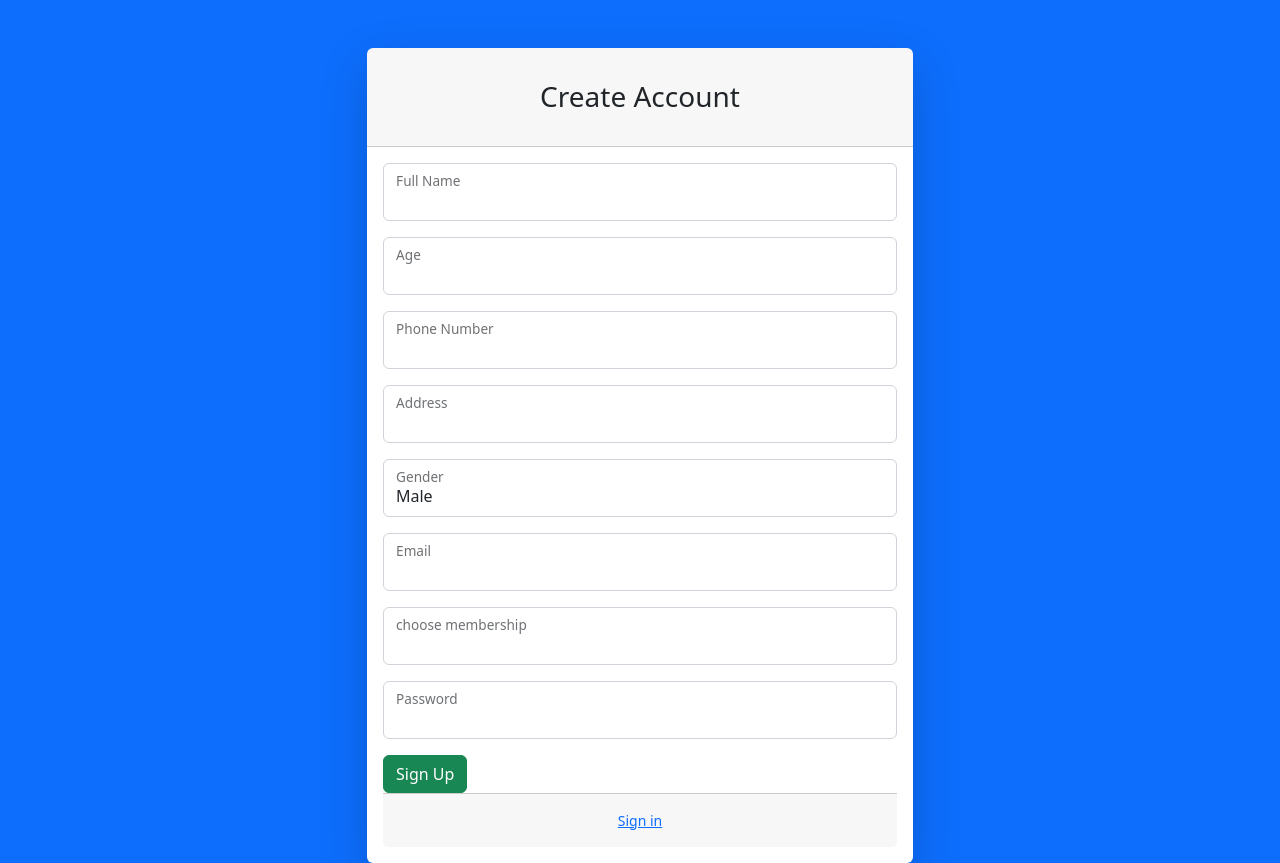
Repository: Adonias-hibeste/Member-Management-system
Page: http://localhost/admin/register
An editor plug-in stored every save of this project. The page is shown before and after the next save, followed by the edit.
The browser window is 1280 px wide. The pictures show the whole page.
The page is served by the project's Laravel application, run on PHP 8.4 with Laravel 12. Other server files are loaded and not shown. Queries for data that is not in the repository find no rows.

Above is the page before, as saved 2024-10-14 17:12:04.

### routes/web.php
<?php

use App\Http\Controllers\MembershipController;
use Illuminate\Support\Facades\Route;
use App\Http\Controllers\AdminController;
use App\Http\Controllers\MemberController;
use App\Http\Controllers\EventRegisterController;
use App\Http\Controllers\PaymentController;
use App\Http\Controllers\PDFController;
use App\Http\Controllers\AdminForgotPasswordController;
use App\Http\Controllers\SettingController;
use App\Http\Controllers\AdminPaymentController;
use App\Http\Controllers\AdminPDFController;
use App\Http\Controllers\CartController;
use App\Http\Controllers\CatagoryController;
use App\Http\Controllers\OrderController;
use App\Http\Controllers\ProductController;
use App\Http\Controllers\RoleController;
use App\Models\Catagory;

Route::get('/', function () {
    return redirect()->route('admin.login');
});

    Route::get('/admin/register', [App\Http\Controllers\AdminController::class, 'register'])->name('admin.register');
    Route::post('/admin/register', [App\Http\Controllers\AdminController::class, 'registerPost'])->name('admin.registerPost');
    Route::get('/admin/login', [App\Http\Controllers\AdminController::class, 'login'])->name('admin.login');
    Route::post('/admin/login', [App\Http\Controllers\AdminController::class, 'loginPost'])->name('admin.loginPost');
    Route::get('/admin/forgot', [App\Http\Controllers\AdminForgotPasswordController::class, 'showForgotPasswordForm'])->name('admin.forgot');
    Route::post('/admin/forgot', [AdminForgotPasswordController::class, 'sendResetLink'])->name('admin.sendResetLink');

    Route::get('/admin/logout', [App\Http\Controllers\IsAdminController::class, 'AdminLogout'])->name('admin.logout');

    Route::get('/admin/dashboard', [App\Http\Controllers\IsAdminController::class, 'Admindashboard'])->name('admin.dashboard')->middleware('admin');


    Route::get('/admin/post', [App\Http\Controllers\PostController::class, 'Post'])->name('admin.post');
    Route::get('/admin/createpost', [App\Http\Controllers\PostController::class, 'Create'])->name('admin.createpost');
    Route::post('/admin/createpost', [App\Http\Controllers\PostController::class, 'Store'])->name('admin.createpost-post');
    Route::get('/admin/post/{post_id}', [App\Http\Controllers\PostController::class, 'Edit'])->name('admin.edit');
    Route::put('/admin/updatePost/{post_id}', [App\Http\Controllers\PostController::class, 'Update']);
    Route::get('admin/deletePost/{post_id}', [App\Http\Controllers\PostController::class, 'Destroy']);



    Route::get('/admin/news', [App\Http\Controllers\NewsController::class, 'News'])->name('admin.news');
    Route::get('/admin/createnews', [App\Http\Controllers\NewsController::class, 'Create'])->name('admin.createnews');
    Route::post('/admin/createnews', [App\Http\Controllers\NewsController::class, 'Store'])->name('admin.createnews-post');
    Route::get('/admin/news/{news_id}', [App\Http\Controllers\NewsController::class, 'Edit'])->name('admin.editnews');
    Route::put('/admin/updatenews/{news_id}', [App\Http\Controllers\NewsController::class, 'Update']);
    Route::get('admin/deletenews/{news_id}', [App\Http\Controllers\NewsController::class, 'Destroy']);



    Route::get('/admin/events', [App\Http\Controllers\EventsController::class, 'Events'])->name('admin.events');
    Route::get('/admin/createevents', [App\Http\Controllers\EventsController::class, 'Create'])->name('admin.createevents');
    Route::post('/admin/createevents', [App\Http\Controllers\EventsController::class, 'Store'])->name('admin.createevents-post');
    Route::get('/admin/events/{events_id}', [App\Http\Controllers\EventsController::class, 'Edit'])->name('admin.editevents');
    Route::put('/admin/updateevents/{events_id}', [App\Http\Controllers\EventsController::class, 'Update']);
    Route::get('admin/deleteevents/{events_id}', [App\Http\Controllers\EventsController::class, 'Destroy']);

    Route::get('/admin/registeredusers', [App\Http\Controllers\RegUserController::class, 'Users'])->name('admin.registeredusers');
    Route::get('/admin/registeredusers/{user_id}', [App\Http\Controllers\RegUserController::class, 'EditUser'])->name('admin.edituser');//is it nessary for the admin to edit users info
    Route::put('/admin/updateuser/{user_id}', [App\Http\Controllers\RegUserController::class, 'Update']);

    Route::get('/admin/addrole',[RoleController::class,'addRole'])->name('admin.addRole');

    Route::get('/admin/settings', [App\Http\Controllers\SettingController::class, 'index'])->name('admin.settings');
    Route::post('/admin/settings', [App\Http\Controllers\SettingController::class, 'savedata'])->name('admin.settings.addsettings');


    Route::get('/admin/payment', [App\Http\Controllers\AdminPaymentController::class, 'showPaymentForm'])->name('admin.payment.form');
    Route::post('/admin/payment/process', [App\Http\Controllers\AdminPaymentController::class, 'processPayment'])->name('admin.payment.process');
    Route::get('/admin/generate-pdf/{paymentId}', [App\Http\Controllers\AdminPDFController::class, 'generatePdf'])->name('admin.payment.generate-pdf');


    Route::get('/user/userdashboard', [App\Http\Controllers\UserController::class, 'Userdashboard'])->name('user.userdashboard');//->middleware('admin')

    Route::get('/user/logout', [App\Http\Controllers\UserController::class, 'UserLogout'])->name('user.logout');

    Route::get('/user/profile', [App\Http\Controllers\MemberController::class, 'profile'])->name('user.profile');
    Route::get('/user/createprofile', [App\Http\Controllers\MemberController::class, 'Create'])->name('user.createprofile');
    Route::post('/user/createprofile', [App\Http\Controllers\MemberController::class, 'Store'])->name('user.createprofile-profile');
    Route::get('/user/profile/{profile_id}', [App\Http\Controllers\MemberController::class, 'Edit'])->name('user.edit');
    Route::put('/user/updateprofile/{profile_id}', [App\Http\Controllers\MemberController::class, 'Update']);
    Route::get('user/deleteprofile/{profile_id}', [App\Http\Controllers\MemberController::class, 'Destroy']);


    Route::get('/user/payment', [PaymentController::class, 'showPaymentForm'])->name('user.payment.form');
    Route::post('/user/payment/process', [PaymentController::class, 'processPayment'])->name('user.payment.process');
    Route::get('/user/generate-pdf/{paymentId}', [PDFController::class, 'generatePdf'])->name('user.payment.generate-pdf');


    Route::get('/user/eventRegister', [App\Http\Controllers\EventRegisterController::class, 'showForm'])->name('user.eventRegister');
    Route::post('/user/eventRegister', [App\Http\Controllers\EventRegisterController::class, 'register'])->name('user.eventRegister.register');
    Route::get('/user/make_order',[OrderController::class,'make_order'])->name('user.makeOrder');

    Route::get('/admin/events-list', [App\Http\Controllers\EventsController::class, 'getEvents'])->name('admin.events.list');

    Route::get('/admin/membership',[MembershipController::class,'index'])->name('admin.membership.index');
    Route::get('/admin/membership/create',[MembershipController::class,'create'])->name('admin.membership.create');
    Route::post('/admin/membership/store',[MembershipController::class,'store'])->name('admin.membership.store');

    Route::get('/admin/catagories',[CatagoryController::class,'index'])->name('admin.catagories');
    Route::get('/admin/catagories/addCatagory',[CatagoryController::class,'create'])->name('admin.catagory.create');
    Route::post('/admin/catagory/create',[CatagoryController::class,'store'])->name('admin.catagory.store');

    Route::get('/admin/productlist',[ProductController::class,'index'])->name('admin.viewProducts');
    Route::get('/admin/products/{id}',[ProductController::class,'show'])->name('admin.viewProducts.details');

    Route::get('/admin/product/addProducts',[ProductController::class,'create'])->name('admin.createProduct');
    Route::post('/admin/product/store',[ProductController::class,'store'])->name('admin.product.store');


    Route::get('/admin/orders',[OrderController::class,'index'])->name('admin.order.view');
    Route::put('/admin/orders/{id}', [OrderController::class, 'update'])->name('admin.orders.update');
    Route::get('/admin/orders/{id}', [OrderController::class, 'show'])->name('admin.orders.show');
    Route::delete('/admin/orders/{id}/delete', [OrderController::class, 'destroy'])->name('admin.orders.delete');



    Route::get('/admin/cart', [CartController::class, 'show'])->name('admin.cart.show');
    Route::post('/admin/cart/add', [CartController::class, 'add'])->name('admin.cart.add');
    Route::post('/admin/cart/update', [CartController::class, 'update'])->name('admin.cart.update');
    Route::post('/admin/cart/remove', [CartController::class, 'remove'])->name('admin.cart.remove');
    Route::post('/admin/checkout', [OrderController::class, 'checkout'])->name('checkout');

### app/Models/Membership.php
<?php

namespace App\Models;

use Illuminate\Database\Eloquent\Factories\HasFactory;
use Illuminate\Database\Eloquent\Model;

class Membership extends Model
{
    use HasFactory;

    protected $fillable =[
        'name',
        'price',
    ];

    public function profile(){
        return $this->hasMany(Profile::class);
    }
}

### resources/views/Admin/register.blade.php
<!DOCTYPE html>
<html lang="en">

<head>
    <meta charset="utf-8" />
    <meta name="viewport" content="width=device-width, initial-scale=1, shrink-to-fit=no" />
    <title>Register</title>
    <link href="https://cdn.jsdelivr.net/npm/bootstrap@5.2.3/dist/css/bootstrap.min.css" rel="stylesheet">
    <style>
        /* Style for the step indicators */
        .step-indicator {
            display: flex;
            justify-content: space-between;
            margin-bottom: 20px;
        }

        .step-indicator .step {
            width: 30%;
            padding: 10px;
            border-radius: 5px;
            text-align: center;
            background-color: #f1f1f1;
        }

        .step-indicator .step.active {
            background-color: #007bff;
            color: white;
        }
    </style>
</head>

<body class="bg-primary">
    <div id="layoutAuthentication">
        <div id="layoutAuthentication_content">
            <main>
                <div class="container">
                    <div class="row justify-content-center">
                        <div class="col-lg-6">
                            <div class="card shadow-lg border-0 rounded-lg mt-5">
                                <div class="card-header">
                                    <h3 class="text-center font-weight-light my-4">Create Account</h3>
                                </div>
                                <div class="card-body">
                                    <!-- Step Indicator -->
                                    {{-- <div class="step-indicator">
                                        <div class="step active" id="step1-indicator">1. Profile</div>
                                        <div class="step" id="step2-indicator">2. Account Details</div>
                                        <div class="step" id="step3-indicator">3. Payment</div>
                                    </div> --}}

                                    <form action="{{ route('admin.registerPost') }}" method="POST"
                                        enctype="multipart/form-data">
                                        @csrf

                                        <div class="step-content">
                                            @if ($errors->any())
                                                <div class="alert alert-danger">
                                                    @foreach ($errors->all() as $error)
                                                        <div>{{ $error }}</div>
                                                    @endforeach
                                                </div>
                                            @endif
                                            <div class="form-floating mb-3">
                                                <input class="form-control" name="full_name" type="text"
                                                    value="{{ old('full_name') }}" required />
                                                <label for="full_name">Full Name</label>
                                            </div>

                                            <div class="form-floating mb-3">
                                                <input class="form-control" name="age" type="number" min="18"
                                                    max="100" value="{{ old('age') }}" required />
                                                <label for="age">Age</label>
                                            </div>
                                            <div class="form-floating mb-3">
                                                <input class="form-control" name="phone_number" type="text"
                                                    value="{{ old('phone_number') }}" required />
                                                <label for="phone_number">Phone Number</label>
                                            </div>
                                            <div class="form-floating mb-3">
                                                <input class="form-control" name="address" type="text"
                                                    value="{{ old('address') }}" required />
                                                <label for="address">Address</label>
                                            </div>
                                            <div class="form-floating mb-3">
                                                <select name="gender" class="form-control" required>
                                                    <option value="male"
                                                        {{ old('gender') == 'male' ? 'selected' : '' }}>Male</option>
                                                    <option value="female"
                                                        {{ old('gender') == 'female' ? 'selected' : '' }}>Female
                                                    </option>
                                                </select>
                                                <label for="gender">Gender</label>
                                            </div>
                                            <div class="form-floating mb-3">
                                                <input class="form-control" name="email" type="email"
                                                    value="{{ old('email') }}" required />
                                                <label for="email">Email</label>
                                            </div>
                                            <div class="form-floating mb-3">
                                                <select name="membership" class="form-control" required>
                                                    @foreach ($memberships as $membership)
                                                        <option value="{{ $membership->id }}"
                                                            {{ old('membership') == $membership->id ? 'selected' : '' }}>
                                                            {{ $membership->name }}</option>
                                                    @endforeach
                                                </select>
                                                <label for="email">choose membership</label>
                                            </div>
                                            <div class="form-floating mb-3">
                                                <input class="form-control" name="password" type="password" required />
                                                <label for="password">Password</label>
                                            </div>


                                            <button class="btn btn-success" type="submit">Sign Up</button>
                                        </div>
                                    </form>

                                    <div class="card-footer text-center py-3">
                                        <div class="small"><a href="{{ route('admin.login') }}"> Sign in </a></div>
                                    </div>
                                </div>
                            </div>
                        </div>
                    </div>
                </div>
            </main>
        </div>
    </div>

    <script src="https://cdn.jsdelivr.net/npm/bootstrap@5.2.3/dist/js/bootstrap.bundle.min.js"></script>

</body>

</html>

Loaded but not shown: app/Http/Controllers/Controller.php (common file); app/Http/Controllers/AdminController.php (297 lines, source omitted)

After the next save:
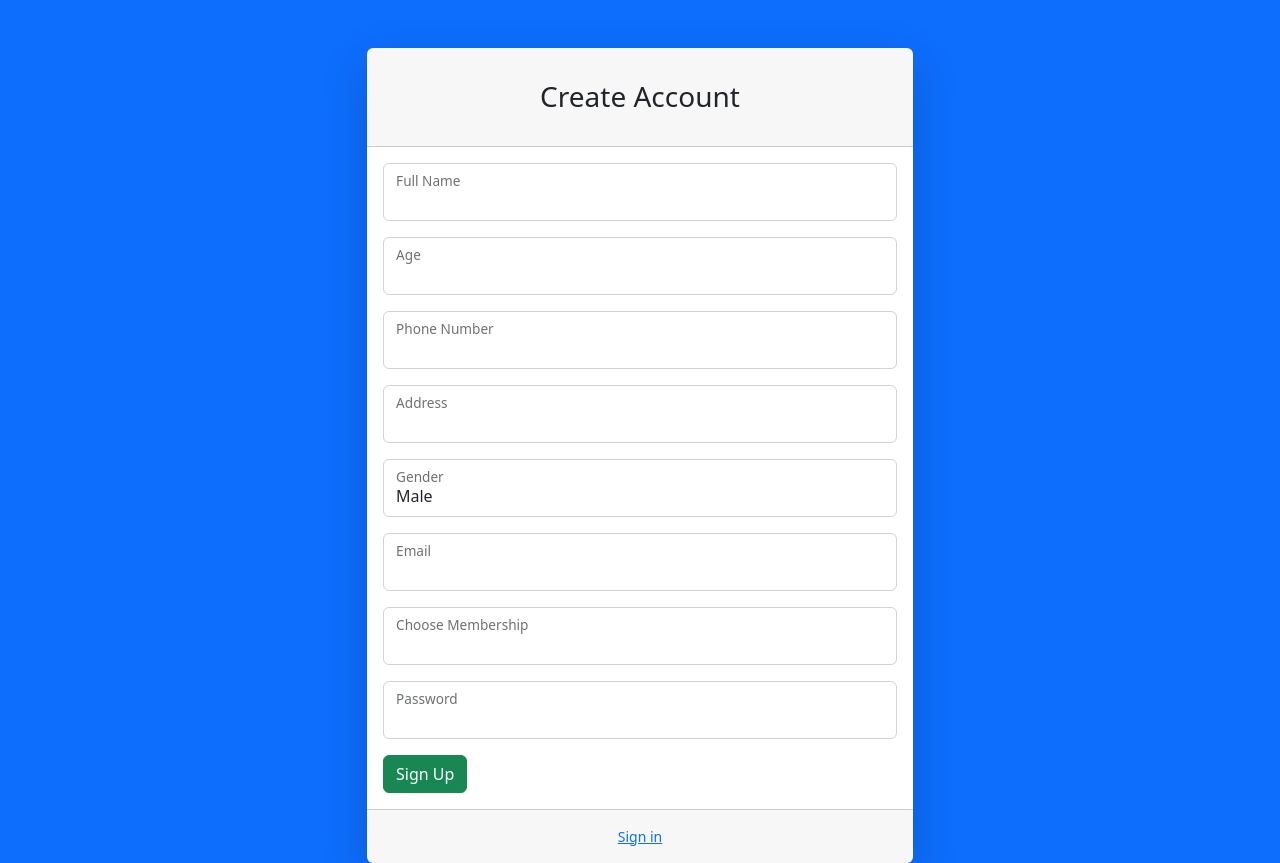
Saved 2 min 11 s later.
--- a/resources/views/Admin/register.blade.php
+++ b/resources/views/Admin/register.blade.php
@@ -101,31 +101,34 @@
                                                     @foreach ($memberships as $membership)
                                                         <option value="{{ $membership->id }}"
                                                             {{ old('membership') == $membership->id ? 'selected' : '' }}>
-                                                            {{ $membership->name }}</option>
+                                                            {{ $membership->name }} / {{ $membership->price }} birr
+                                                            per month
+                                                        </option>
                                                     @endforeach
                                                 </select>
-                                                <label for="email">choose membership</label>
+                                                <label for="membership">Choose Membership</label>
                                             </div>
-                                            <div class="form-floating mb-3">
-                                                <input class="form-control" name="password" type="password" required />
-                                                <label for="password">Password</label>
-                                            </div>
+                                        </div>
+                                        <div class="form-floating mb-3">
+                                            <input class="form-control" name="password" type="password" required />
+                                            <label for="password">Password</label>
+                                        </div>
 
 
-                                            <button class="btn btn-success" type="submit">Sign Up</button>
-                                        </div>
-                                    </form>
+                                        <button class="btn btn-success" type="submit">Sign Up</button>
+                                </div>
+                                </form>
 
-                                    <div class="card-footer text-center py-3">
-                                        <div class="small"><a href="{{ route('admin.login') }}"> Sign in </a></div>
-                                    </div>
+                                <div class="card-footer text-center py-3">
+                                    <div class="small"><a href="{{ route('admin.login') }}"> Sign in </a></div>
                                 </div>
                             </div>
                         </div>
                     </div>
                 </div>
-            </main>
         </div>
+        </main>
+    </div>
     </div>
 
     <script src="https://cdn.jsdelivr.net/npm/bootstrap@5.2.3/dist/js/bootstrap.bundle.min.js"></script>
